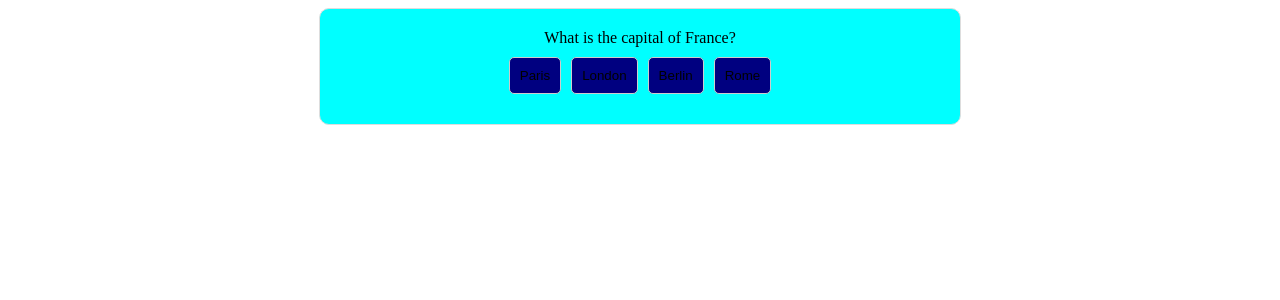
Repository: muteedwaheed/quiz-app
Page: test.html
These files come from the project's save history. The page is drawn as it stood at one moment and after the next save; the edit follows.
The browser window is 1280 px wide. The pictures show the whole page.

Above is the page before, as saved 2024-06-23 01:51:44.

### test.html
<!DOCTYPE html>
<html lang="en">
  <head>
    <meta charset="UTF-8" />
    <meta name="viewport" content="width=device-width, initial-scale=1.0" />
    <title>quiz app</title>
    <link rel="stylesheet" href="./test.css">
  </head>
  <body>

    <div class="quiz-container">
      <div id="question-container">
        <div id="question">Question text</div>
        <div id="options-container"></div>
      </div>
    </div>

    <script src="./test.js"></script>
  </body>
</html>

### test.css
.hidden { display: none; }
.quiz-container {
  max-width: 600px;
  margin: 0 auto;
  text-align: center;
  padding: 20px;
  border: 1px solid #ddd;
  border-radius: 10px;
  background-color:aqua
}
.option {
  display: block;
  margin: 10px 0;
  padding: 10px;
  background-color:navy;
  border: 1px solid #ccc;
  border-radius: 5px;
  cursor: pointer;
}
#options-container {
  display: flex;
  justify-content: center;
  gap: 10px;
  flex-wrap: wrap;
}
.option:hover {
  background-color: #ddd;
}

### test.js
const quiz = [
  {
    questions: [
      {
        question: "What is the capital of France?",
        options: [
          {
            answerText: "Paris",
            isCorrect: true,
          },
          {
            answerText: "London",
            isCorrect: false,
          },
          {
            answerText: "Berlin",
            isCorrect: false,
          },
          {
            answerText: "Rome",
            isCorrect: false,
          },
        ],
      },
      {
        question: "Which of the following are primary colors?",
        options: [
          {
            answerText: "Red",
            isCorrect: true,
          },
          {
            answerText: "Green",
            isCorrect: false,
          },
          {
            answerText: "Blue",
            isCorrect: true,
          },
          {
            answerText: "Yellow",
            isCorrect: true,
          },
        ],
      },
      {
        question: "Who wrote the play 'Romeo and Juliet'?",
        options: [
          {
            answerText: "William Shakespeare",
            isCorrect: true,
          },
          {
            answerText: "Jane Austen",
            isCorrect: false,
          },
          {
            answerText: "Charles Dickens",
            isCorrect: false,
          },
          {
            answerText: "Leo Tolstoy",
            isCorrect: false,
          },
        ],
      },
      {
        question: "Which of the following are programming languages?",
        options: [
          {
            answerText: "Java",
            isCorrect: true,
          },
          {
            answerText: "Banana",
            isCorrect: false,
          },
          {
            answerText: "Python",
            isCorrect: true,
          },
          {
            answerText: "Orange",
            isCorrect: false,
          },
        ],
      },
      {
        question: "What are the colors of the rainbow?",
        options: [
          {
            answerText: "Red",
            isCorrect: true,
          },
          {
            answerText: "Green",
            isCorrect: false,
          },
          {
            answerText: "Blue",
            isCorrect: true,
          },
          {
            answerText: "Yellow",
            isCorrect: true,
          },
        ],
      },
      {
        question: "Which planet is known as the 'Red Planet'?",
        options: [
          {
            answerText: "Mars",
            isCorrect: true,
          },
          {
            answerText: "Venus",
            isCorrect: false,
          },
          {
            answerText: "Jupiter",
            isCorrect: false,
          },
          {
            answerText: "Saturn",
            isCorrect: false,
          },
        ],
      },
      {
        question: "What are the main components of air?",
        options: [
          {
            answerText: "Oxygen",
            isCorrect: true,
          },
          {
            answerText: "Carbon Dioxide",
            isCorrect: true,
          },
          {
            answerText: "Nitrogen",
            isCorrect: true,
          },
          {
            answerText: "Argon",
            isCorrect: false,
          },
        ],
      },
      {
        question: "Which animals lay eggs?",
        options: [
          {
            answerText: "Dogs",
            isCorrect: false,
          },
          {
            answerText: "Cats",
            isCorrect: false,
          },
          {
            answerText: "Birds",
            isCorrect: true,
          },
          {
            answerText: "Frogs",
            isCorrect: true,
          },
        ],
      },
      {
        question: "What is the capital of Japan?",
        options: [
          {
            answerText: "Tokyo",
            isCorrect: true,
          },
          {
            answerText: "Beijing",
            isCorrect: false,
          },
          {
            answerText: "Seoul",
            isCorrect: false,
          },
          {
            answerText: "Bangkok",
            isCorrect: false,
          },
        ],
      },
      {
        question: "Which of the following are fruits?",
        options: [
          {
            answerText: "Carrot",
            isCorrect: false,
          },
          {
            answerText: "Apple",
            isCorrect: true,
          },
          {
            answerText: "Potato",
            isCorrect: false,
          },
          {
            answerText: "Banana",
            isCorrect: true,
          },
        ],
      },
      {
        question: "Who is credited with inventing the telephone?",
        options: [
          {
            answerText: "Thomas Edison",
            isCorrect: false,
          },
          {
            answerText: "Alexander Graham Bell",
            isCorrect: true,
          },
          {
            answerText: "Nikola Tesla",
            isCorrect: false,
          },
          {
            answerText: "Albert Einstein",
            isCorrect: false,
          },
        ],
      },
      {
        question: "Which of the following are mammals?",
        options: [
          {
            answerText: "Dolphin",
            isCorrect: true,
          },
          {
            answerText: "Shark",
            isCorrect: false,
          },
          {
            answerText: "Salmon",
            isCorrect: false,
          },
          {
            answerText: "Octopus",
            isCorrect: false,
          },
        ],
      },
      {
        question: "What is the largest planet in our solar system?",
        options: [
          {
            answerText: "Jupiter",
            isCorrect: true,
          },
          {
            answerText: "Mars",
            isCorrect: false,
          },
          {
            answerText: "Saturn",
            isCorrect: false,
          },
          {
            answerText: "Neptune",
            isCorrect: false,
          },
        ],
      },
      {
        question: "Which of the following are programming languages?",
        options: [
          {
            answerText: "Ruby",
            isCorrect: true,
          },
          {
            answerText: "Lemon",
            isCorrect: false,
          },
          {
            answerText: "C++",
            isCorrect: true,
          },
          {
            answerText: "Grapes",
            isCorrect: false,
          },
        ],
      },
      {
        question: "What are the primary colors in painting?",
        options: [
          {
            answerText: "Red",
            isCorrect: true,
          },
          {
            answerText: "Green",
            isCorrect: false,
          },
          {
            answerText: "Blue",
            isCorrect: true,
          },
          {
            answerText: "Orange",
            isCorrect: false,
          },
        ],
      },
      {
        question: "Which of the following are elements on the periodic table?",
        options: [
          {
            answerText: "Carbon",
            isCorrect: true,
          },
          {
            answerText: "Gold",
            isCorrect: true,
          },
          {
            answerText: "Silver",
            isCorrect: true,
          },
          {
            answerText: "Ruby",
            isCorrect: false,
          },
        ],
      },
      {
        question: "Which of the following are European countries?",
        options: [
          {
            answerText: "Germany",
            isCorrect: true,
          },
          {
            answerText: "Brazil",
            isCorrect: false,
          },
          {
            answerText: "Spain",
            isCorrect: true,
          },
          {
            answerText: "Australia",
            isCorrect: false,
          },
        ],
      },
      {
        question: "What are the primary colors of light?",
        options: [
          {
            answerText: "Red",
            isCorrect: true,
          },
          {
            answerText: "Green",
            isCorrect: true,
          },
          {
            answerText: "Blue",
            isCorrect: true,
          },
          {
            answerText: "Yellow",
            isCorrect: false,
          },
        ],
      },
      {
        question:
          "Which of the following are parts of the human digestive system?",
        options: [
          {
            answerText: "Stomach",
            isCorrect: true,
          },
          {
            answerText: "Lungs",
            isCorrect: false,
          },
          {
            answerText: "Brain",
            isCorrect: false,
          },
          {
            answerText: "Liver",
            isCorrect: true,
          },
        ],
      },
      {
        question: "What is the currency of Japan?",
        options: [
          {
            answerText: "Yen",
            isCorrect: true,
          },
          {
            answerText: "Dollar",
            isCorrect: false,
          },
          {
            answerText: "Pound",
            isCorrect: false,
          },
          {
            answerText: "Euro",
            isCorrect: false,
          },
        ],
      },
      {
        question: "Which of the following are elements?",
        options: [
          {
            answerText: "Oxygen",
            isCorrect: true,
          },
          {
            answerText: "Sun",
            isCorrect: false,
          },
          {
            answerText: "Moon",
            isCorrect: false,
          },
          {
            answerText: "Earth",
            isCorrect: false,
          },
        ],
      },
      {
        question: "What is the largest ocean on Earth?",
        options: [
          {
            answerText: "Pacific Ocean",
            isCorrect: true,
          },
          {
            answerText: "Indian Ocean",
            isCorrect: false,
          },
          {
            answerText: "Atlantic Ocean",
            isCorrect: false,
          },
          {
            answerText: "Arctic Ocean",
            isCorrect: false,
          },
        ],
      },
      {
        question: "Which of the following are programming languages?",
        options: [
          {
            answerText: "Python",
            isCorrect: true,
          },
          {
            answerText: "Carrot",
            isCorrect: false,
          },
          {
            answerText: "Ruby",
            isCorrect: true,
          },
          {
            answerText: "Cucumber",
            isCorrect: false,
          },
        ],
      },
      {
        question: "What is the chemical symbol for water?",
        options: [
          {
            answerText: "H2O",
            isCorrect: true,
          },
          {
            answerText: "CO2",
            isCorrect: false,
          },
          {
            answerText: "N2",
            isCorrect: false,
          },
          {
            answerText: "O2",
            isCorrect: false,
          },
        ],
      },
    ],
  },
];
let currentQuestionIndex = 0;

// const questionContainer = document.getElementById('question-container');
const questionElement = document.getElementById('question');
const optionsContainer = document.getElementById('options-container');

function showQuestion(questionIndex) {
  const question = quiz[0].questions[questionIndex];
  questionElement.textContent = question.question;
  optionsContainer.innerHTML = '';
  question.options.forEach((option, index) => {
    const button = document.createElement('button');
    button.textContent = option.answerText;
    button.classList.add('option');
    button.onclick = () => checkAnswer(option.isCorrect);
    optionsContainer.appendChild(button);
  });
}

function checkAnswer(isCorrect) {
  if (isCorrect) {
    currentQuestionIndex++;
    if (currentQuestionIndex < quiz[0].questions.length) {
      showQuestion(currentQuestionIndex);
    } else {
      questionContainer.innerHTML = '<h2>You have completed the quiz!</h2>';
    }
  } else {
    alert('Incorrect, try again.');
  }
}

// Start the quiz
showQuestion(currentQuestionIndex);

After the next save:
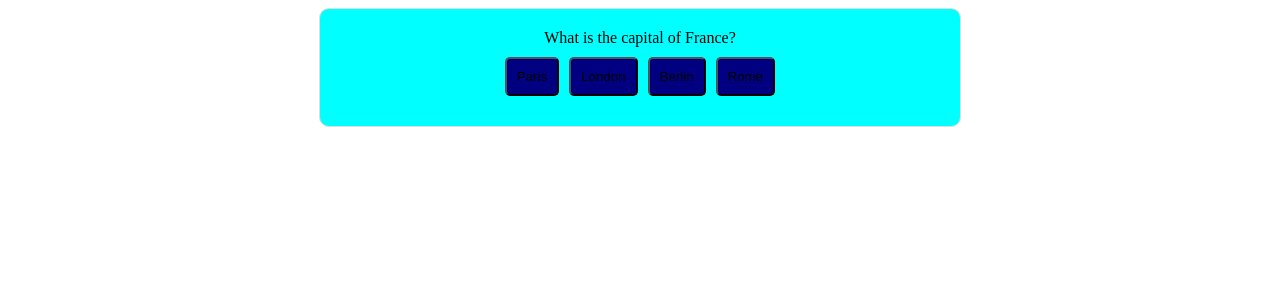
Saved 8 s later.
--- a/test.css
+++ b/test.css
@@ -13,6 +13,7 @@
   margin: 10px 0;
   padding: 10px;
   background-color:navy;
+  co
   border: 1px solid #ccc;
   border-radius: 5px;
   cursor: pointer;
